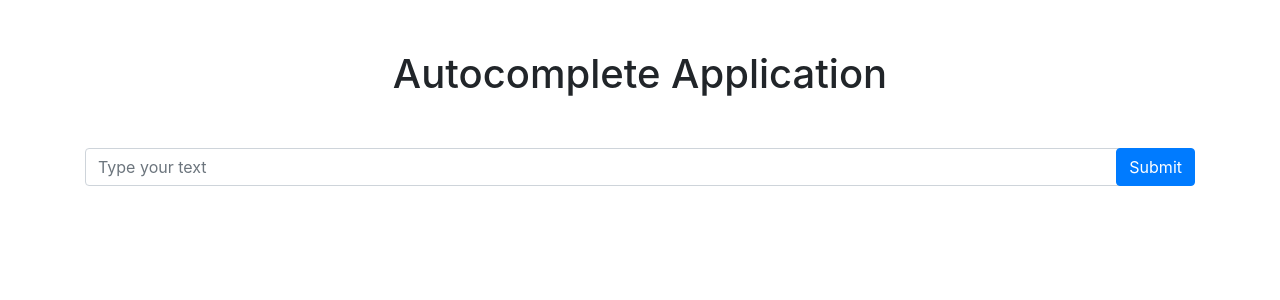
Repository: purnimapatel/auto_complete_using_trie
Page: index.html
These files come from the project's save history. The page is drawn as it stood at one moment and after the next save; the edit follows.
The browser window is 1280 px wide. The pictures show the whole page.

Above is the page before, as saved 2025-03-29 13:27:56.

### index.html
<!DOCTYPE html>
<html lang="en">

<head>
    <meta charset="UTF-8">
    <meta name="viewport" content="width=device-width, initial-scale=1.0">
    <link href="./index.css" rel="stylesheet">
    <link rel="stylesheet" href="https://stackpath.bootstrapcdn.com/bootstrap/4.5.0/css/bootstrap.min.css"
        integrity="sha384-9aIt2nRpC12Uk9gS9baDl411NQApFmC26EwAOH8WgZl5MYYxFfc+NcPb1dKGj7Sk" crossorigin="anonymous">
    <title>Autocomplete Application</title>
</head>

<body>
    <header>
        <div class="container">
            <h1 class="top">Autocomplete Application</h1>
        </div>
    </header>

    <main>

        <div class="container top">
            <div class="input-group mb-3">
                <input type="text" class="form-control" placeholder="Type your text" id="text-box">
                <span><button class="btn btn-primary" onclick="handleClick()">Submit</button></span>
            </div>
            <ul id="list" class="list-group">
            </ul>

        </div>

    </main>

    <script src="./js/trie.js"></script>
    <script src="./js/data.js"></script>
    <script src="./js/index.js"></script>

</body>

</html>

### index.css
.top{
    margin-top: 50px;
    text-align: center;
    margin-left: auto;
    margin-right: auto;
    max-width: 500px;
}

.clickable{
    cursor: pointer;
}

.btn-primary{
    margin-left: -75px;
    position: relative;
    z-index: 3;
}

.btn-primary:active{
    z-index: 3;
}

#text-box{
    z-index: 1;
}
.form-control:focus{
    z-index: 1;
}

.input-group{
    position: relative;
}

### js/trie.js
function makeNode(ch) {
    this.ch = ch;
    this.isTerminal = false;
    this.map = {};
    this.words = [];
}

function add(str, i, root) {

    if (i === str.length) {
        root.isTerminal = true;
        return;
    }

    if (!root.map[str[i]])
        root.map[str[i]] = new makeNode(str[i]);

    root.words.push(str);
    add(str, i + 1, root.map[str[i]]);
}

function search(string, i, root){
    if(string.length === 0){
        return[];
    }
    if(i === string.length){
        return root.words;
    }
    if(!root.map[string[i]]){
        return[];
    }
    return search(string, i+1, root.map[string[i]]);

}

### js/data.js
const items = [
    "how to learn dsa",
    "Hello World",
    "apple",
    "app",
    "Avishkaar",
    "How to install Anaconda",
    "How to create youtube shorts",
    "Happy Coding",
    "What is Dark Web",
    "Learn DSA with Pepcoding",
    "Nados Info",
    "Learn with NADOS",
    "Mango",
    "Application",
    "What is WWW.",
    "Inner engineering",
    "World Wide Web",
    "Random Access Memory",
    "Roadways info",
    "Placement",
    "how to prepare for product based companies",
    "what is fullform of",
    "what is fullform of ISRO",
    "what is the Barmuda triangle",
    "'Be positive' essay",
    "Uses of Sulphur",
    "Today's Tagline",
    "Dart",
    "Dart Programming",
    "Don 2",
    "DareToCompete",
    "Do's and dont's",
    "The Sun",
    "The Universe",
    "The University",
    "Divide and Rule",
    "Check your Brain age",
    "Concept of Relativity",
    "Concept of Physics",
    "Clear your doubt",
    "Cat",
    "cat",
    "divide and rule",
    "dart",
    "python",
    "c programming",
    "c++ programming concept",
    "Java",
    "java",
    "google",
    "good morning quotes",
    "good quotes",
    "second world war",
    "Good morning",
    "vander waal force",
    "mango",
    "Mango",
    "Most important topics",
    "most important topics for board",
    "Most important topics",
    "flutter",
    "flutter",
    "Go",
    "Golang",
    "go programming language",
    "xylem and phloyem",
    "zoo",
    "wildlife",
    "as well as",
    "Amazing concept",
    "amazing concept",
    "Largest",
    "Low intensity",
    "low intensity",
    "trie",
    "timeline",
    "k-mean clustering",
    "knowledge",
    "knowledge is your power",
    "Know yourself",
    "Examples of",
    "starting of life on the earth",
    "book your show",
    "cookies",
    "domain",
    "element",
    "fear of",
    "gear up",
    "honest talk",
    "is it clear",
    "jk",
    "know your potential",
    "lemon",
    "mongo",
    "note that",
    "operation",
    "pick the correct option",
    "quick",
    "rare element on the earth",
    "seven color of",
    "test your knowledge",
    "use of",
    "vacobulary in",
    "well explained",
    "xyz",
    "yes, start",
    "zone of",
    "Book the ticket",
    "Conceptual understanding",
    "Data analysis",
    "Engagement incremental",
    "Fog and mist",
    "Gear up your progress",
    "How to start coding",
    "Is it right",
    "Jest",
    "K is symbol of",
    "Lotus tample",
    "Magnify",
    "No SQL",
    "Okay means",
    "P-block element",
    "Quartz",
    "Rest state",
    "Seven colour of ",
    "There are how many type of",
    "Uses of",
    "V s l",
    "Wax ",
    "X R",
    "Year ",
    "Zone",
];

### js/index.js

const root = new makeNode('\0');
for (const item of items)
    add(item, 0, root);

const text_box = document.getElementById("text-box");
const list = document.getElementById("list");

function handler(e) {
    const str = e.target.value;
    predictions = search(str, 0, root);

    console.log(predictions);
    list.innerHTML = ""
    for (const prediction of predictions)
        list.innerHTML += `<li class="list-group-item clickable" onclick="handleClick(this)"><b>${str}</b>${prediction.substring(str.length)}</li>`;

}


function handleClick(e) {
    text_box.value = e.innerText;
}

handler({ target: { value: "" } });

if(text_box)
text_box.addEventListener("keyup", handler);

After the next save:
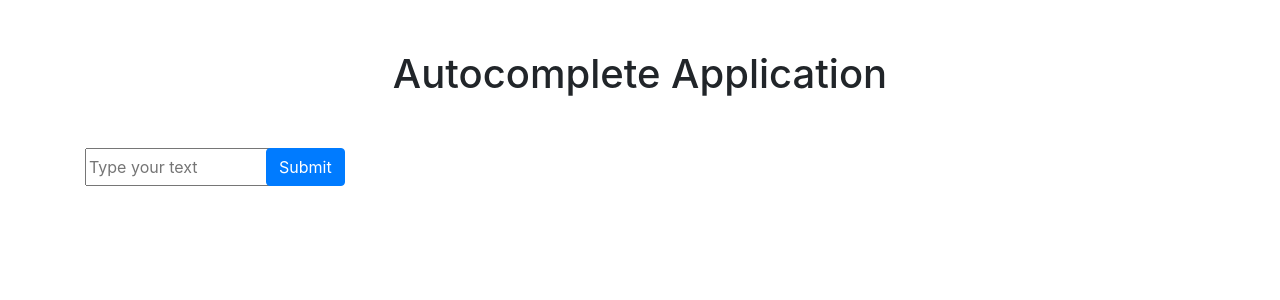
Saved 35 s later.
--- a/index.html
+++ b/index.html
@@ -21,7 +21,7 @@
 
         <div class="container top">
             <div class="input-group mb-3">
-                <input type="text" class="form-control" placeholder="Type your text" id="text-box">
+                <input type="text"  placeholder="Type your text" id="text-box">
                 <span><button class="btn btn-primary" onclick="handleClick()">Submit</button></span>
             </div>
             <ul id="list" class="list-group">

After the save that followed:
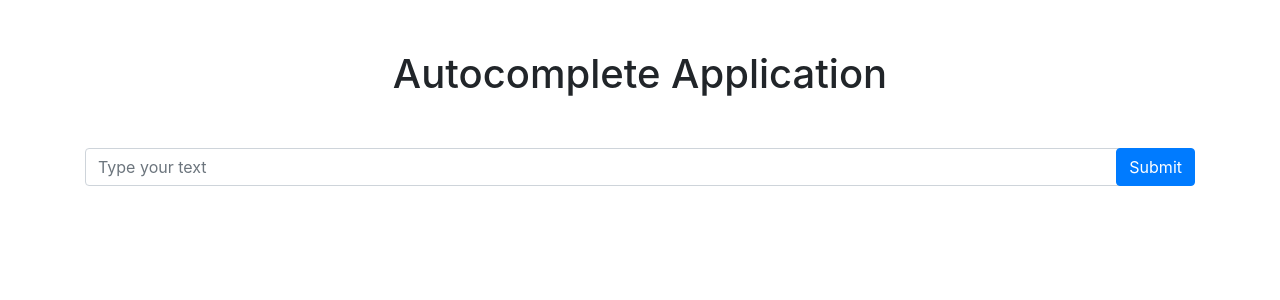
Saved 28 s later.
--- a/index.html
+++ b/index.html
@@ -21,7 +21,7 @@
 
         <div class="container top">
             <div class="input-group mb-3">
-                <input type="text"  placeholder="Type your text" id="text-box">
+                <input type="text" class="form-control" placeholder="Type your text" id="text-box">
                 <span><button class="btn btn-primary" onclick="handleClick()">Submit</button></span>
             </div>
             <ul id="list" class="list-group">
